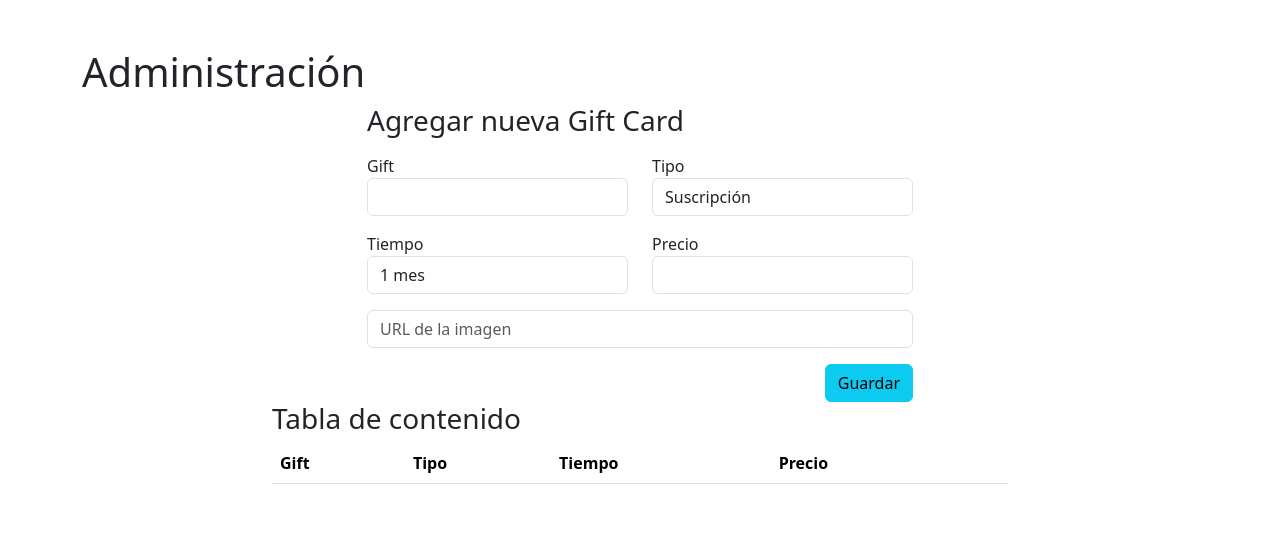
Repository: pedro-donoso/vanilla-js
Page: index.html
These files come from the project's save history. The page is drawn as it stood at one moment and after the next save; the edit follows.
The browser window is 1280 px wide. The pictures show the whole page.

Above is the page before, as saved 2024-02-04 23:50:10.
Console error: SyntaxError: Unexpected identifier 'assert'

After the next save:
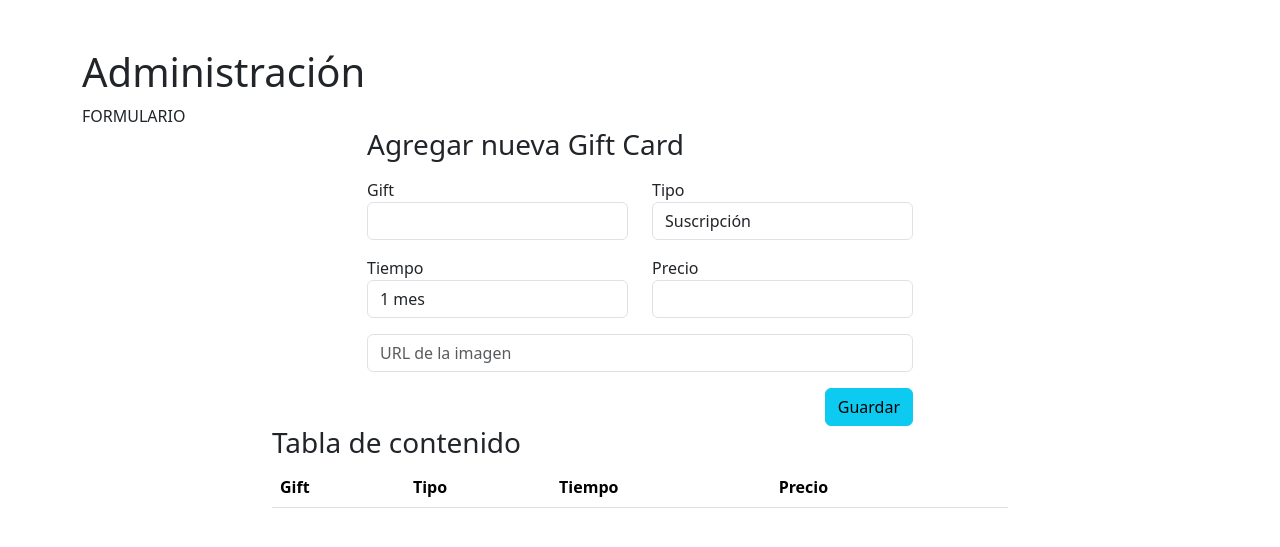
Saved 4 s later.
--- a/index.html
+++ b/index.html
@@ -17,7 +17,7 @@
                 <h1 class="mt-5">Administración</h1>
             </div>
         </div>
-
+        FORMULARIO
         <div class="row">
             <div class="col-12 col-md-6 offset-md-3">
                 <h3>Agregar nueva Gift Card</h3>

After the save that followed:
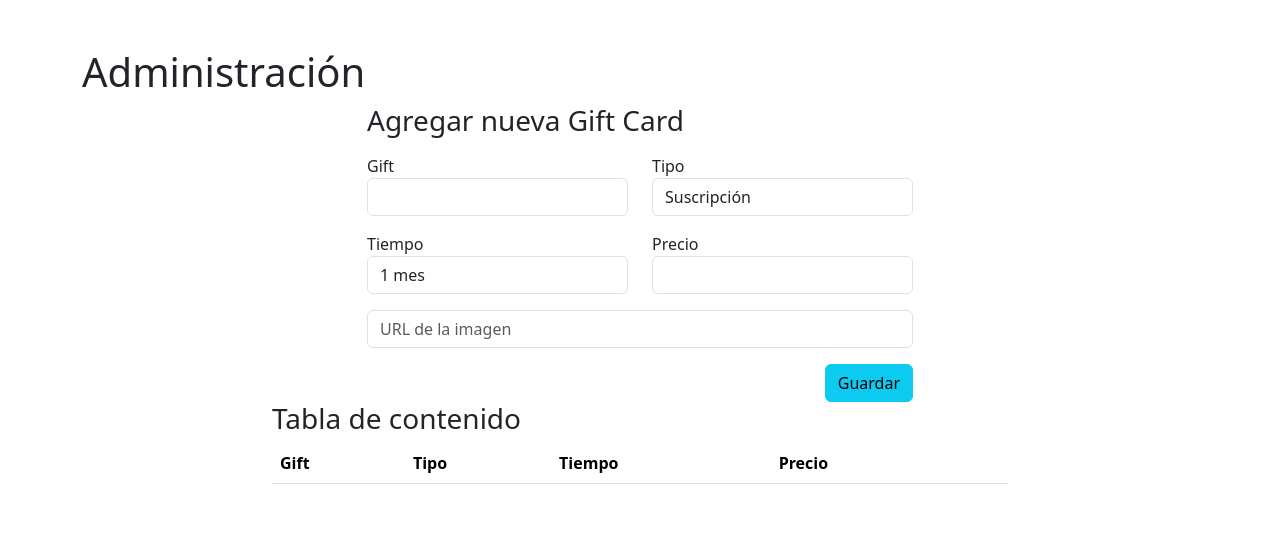
Saved 6 s later.
--- a/index.html
+++ b/index.html
@@ -17,7 +17,7 @@
                 <h1 class="mt-5">Administración</h1>
             </div>
         </div>
-        FORMULARIO
+        <!-- FORMULARIO -->
         <div class="row">
             <div class="col-12 col-md-6 offset-md-3">
                 <h3>Agregar nueva Gift Card</h3>
